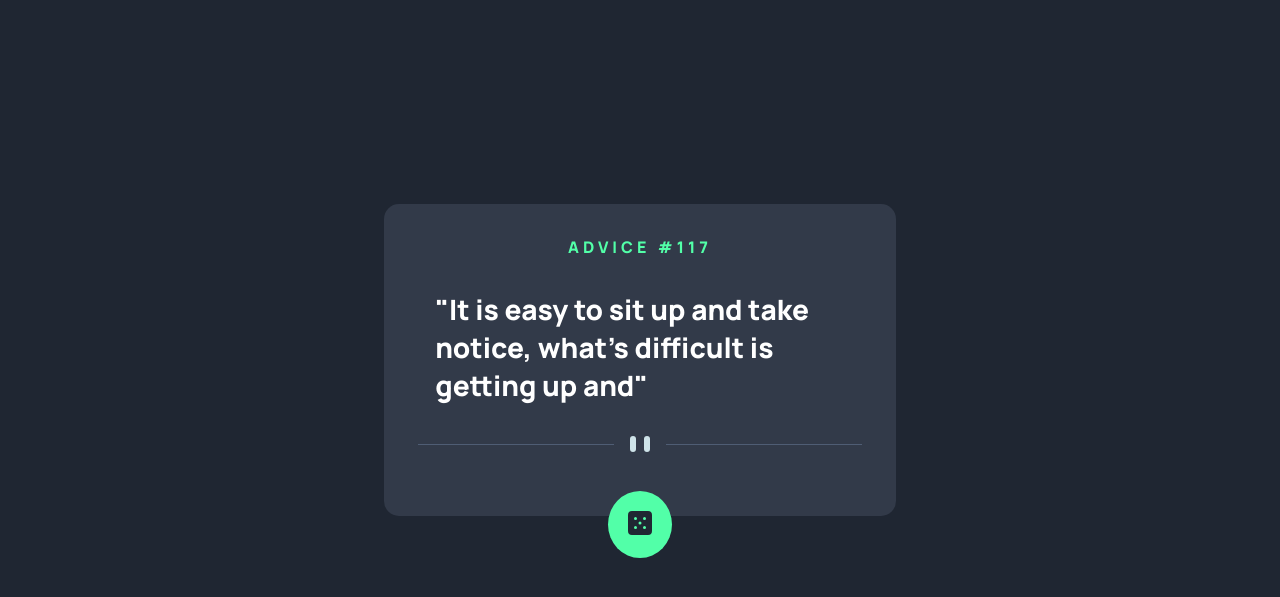
Repository: WindOfCodes/advice-generator-app
Page: index.html
These files come from the project's save history. The page is drawn as it stood at one moment and after the next save; the edit follows.
The browser window is 1280 px wide. The pictures show the whole page.

Above is the page before, as saved 2022-11-28 22:15:09.

### index.html
<!DOCTYPE html>
<html lang="en">
  <head>
    <meta charset="UTF-8" />
    <meta name="viewport" content="width=device-width, initial-scale=1.0" />
    <link
      href="https://fonts.googleapis.com/css2?family=Manrope:wght@800&display=swap"
      rel="stylesheet"
    />
    <link rel="stylesheet" href="/styles/main.css" />
  </head>
  <body>
    <div class="card">
      <span class="number">advice #117</span>
      <span class="quote">
        "It is easy to sit up and take notice, what's difficult is getting up and"
      </span>
      <img class="line" src="./images/pattern-divider-desktop.svg" />
      <button class="dice">
        <img src="./images/icon-dice.svg" />
      </button>
    </div>
  </body>
</html>

### styles/main.css
/* <style>
.attribution { font-size: 11px; text-align: center; }
.attribution a { color: hsl(228, 45%, 44%); }
</style> */

/* Mobile: 375px
Desktop: 1440px */

/* $lightCyan : hsl(193, 38%, 86%);
$neonGreen: hsl(150, 100%, 66%);
$grayishBlue: hsl(217, 19%, 38%);
$darkGrayishBlue: hsl(217, 19%, 24%);
$darkBlue: hsl(218, 23%, 16%); */

body {
  font-family: "Manrope", sans-serif;
  font-weight: 800;
  background-color: hsl(218, 23%, 16%);
  font-size: 28px;
}

.card {
  background-color: hsl(217, 19%, 24%);
  width: 40%;
  min-height: 35%;
  display: flex;
  flex-direction: column;
  position: absolute;
  top: 50%;
  left: 50%;
  transform: translate(-50%, -50%);
  justify-content: center;
  align-items: center;
  margin: auto;
  border-radius: 15px;
}

.number {
  text-transform: uppercase;
  font-size: 16px;
  letter-spacing: 0.25rem;
  color: hsl(150, 100%, 66%);
  margin: 2rem 0;
}

.quote {
  color: white;
  max-width: 80%;
}

.line {
  margin: 2rem 0 4rem 0;
}

.dice {
  border: none;
  border-radius: 50%;
  background-color: hsl(150, 100%, 66%);
  padding: 20px;
  position: absolute;
  top: 92%;
}

.dice:hover {
  cursor: pointer;
}

After the next save:
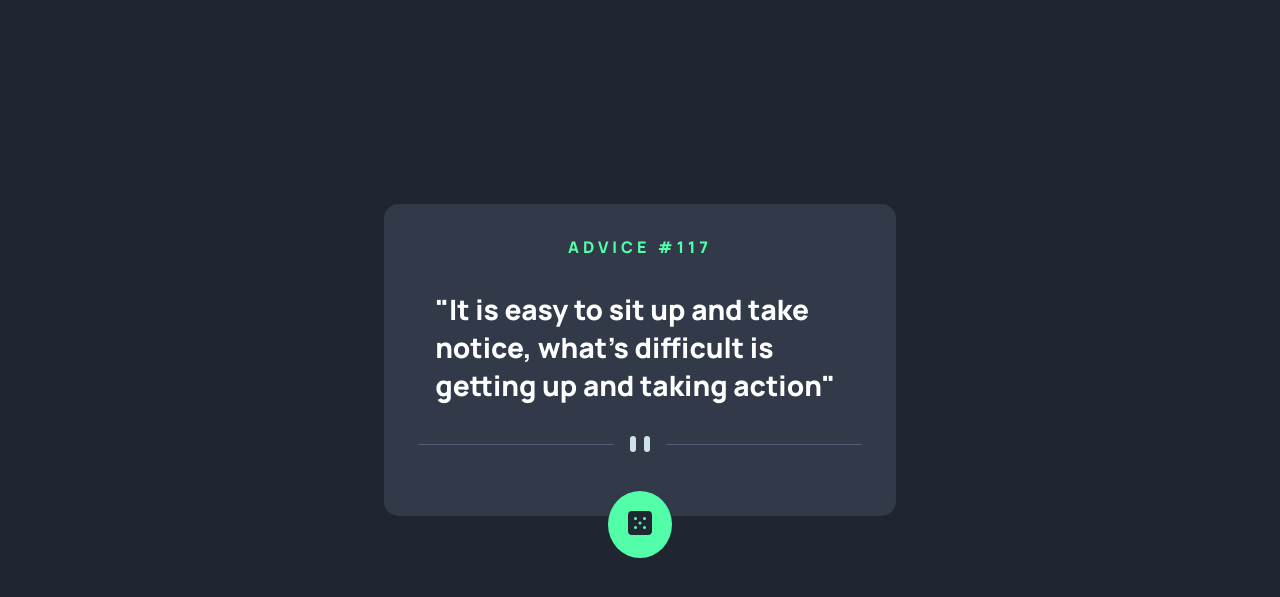
Saved 4 s later.
--- a/index.html
+++ b/index.html
@@ -13,7 +13,7 @@
     <div class="card">
       <span class="number">advice #117</span>
       <span class="quote">
-        "It is easy to sit up and take notice, what's difficult is getting up and"
+        "It is easy to sit up and take notice, what's difficult is getting up and taking action"
       </span>
       <img class="line" src="./images/pattern-divider-desktop.svg" />
       <button class="dice">
